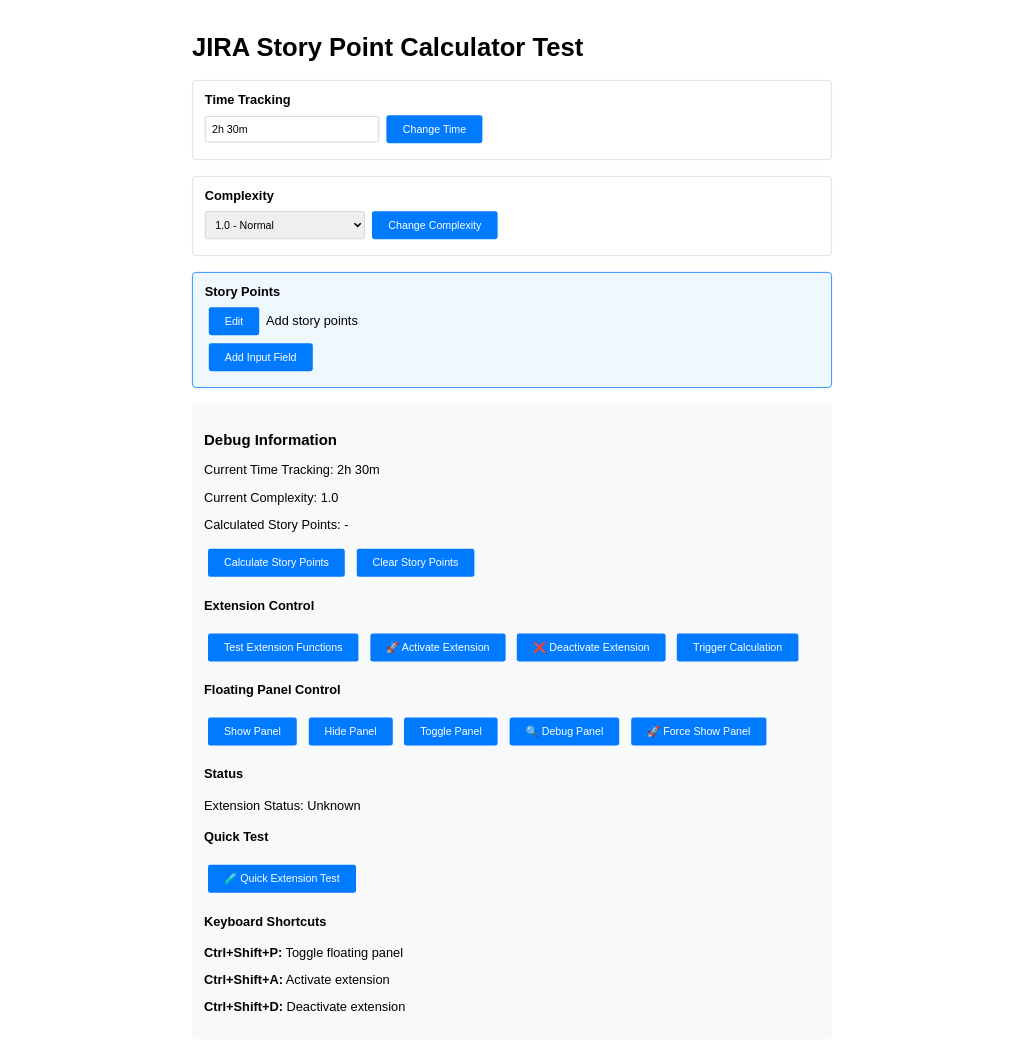
Repository: nirazanbasnet/jira-story-point-calculator
Page: test.html
These files come from the project's save history. The page is drawn as it stood at one moment and after the next save; the edit follows.
The browser window is 1280 px wide. The pictures show the whole page, at 80% of full size.

Above is the page before, as saved 2025-09-01 19:42:55.

After the next save:
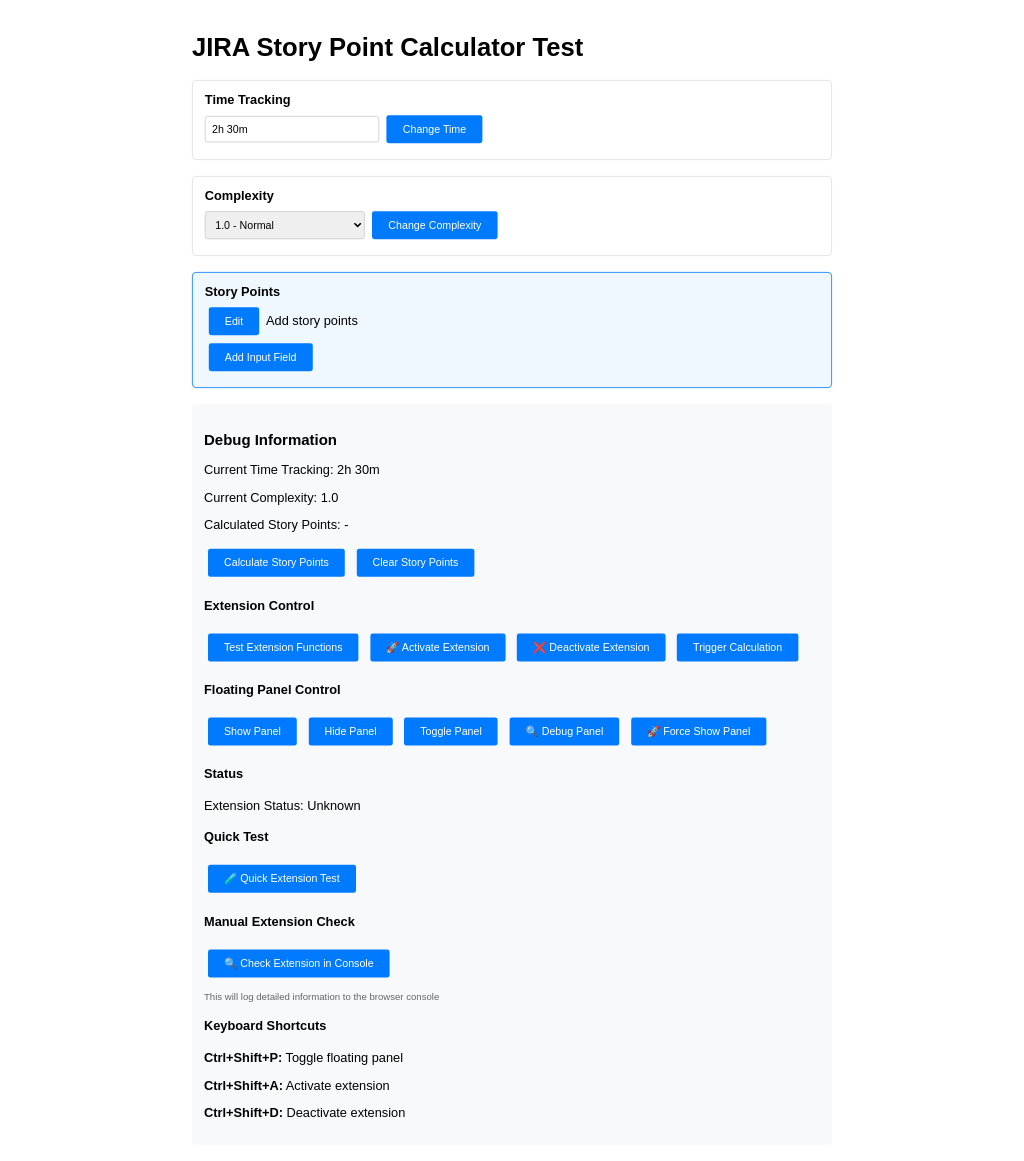
Saved 18 s later.
--- a/test.html
+++ b/test.html
@@ -123,11 +123,14 @@
 
         <h4>Quick Test</h4>
         <button onclick="quickTest()">🧪 Quick Extension Test</button>
-        <div id="quick-test-results"
-            style="margin-top: 10px; padding: 10px; background: #f8f9fa; border-radius: 5px; display: none;">
+        <div id="quick-test-results" style="margin-top: 10px; padding: 10px; background: #f8f9fa; border-radius: 5px; display: none;">
             <h5>Test Results:</h5>
             <div id="test-results-content"></div>
         </div>
+
+        <h4>Manual Extension Check</h4>
+        <button onclick="checkExtensionInConsole()">🔍 Check Extension in Console</button>
+        <p style="font-size: 12px; color: #666;">This will log detailed information to the browser console</p>
 
         <h4>Keyboard Shortcuts</h4>
         <p><strong>Ctrl+Shift+P:</strong> Toggle floating panel</p>
@@ -363,6 +366,20 @@
             results += '</ul>';
             contentDiv.innerHTML = results;
         }
+
+        function checkExtensionInConsole() {
+            console.log('Checking extension in console...');
+            if (window.jiraStoryPointCalculator) {
+                console.log('✅ Extension object found in window:', window.jiraStoryPointCalculator);
+                console.log('Extension properties:', Object.keys(window.jiraStoryPointCalculator));
+                console.log('Floating panel:', window.jiraStoryPointCalculator.floatingPanel);
+                if (window.jiraStoryPointCalculator.floatingPanel) {
+                    console.log('Floating panel properties:', Object.keys(window.jiraStoryPointCalculator.floatingPanel));
+                }
+            } else {
+                console.log('❌ Extension object not found in window.');
+            }
+        }
     </script>
 </body>
 

After the save that followed:
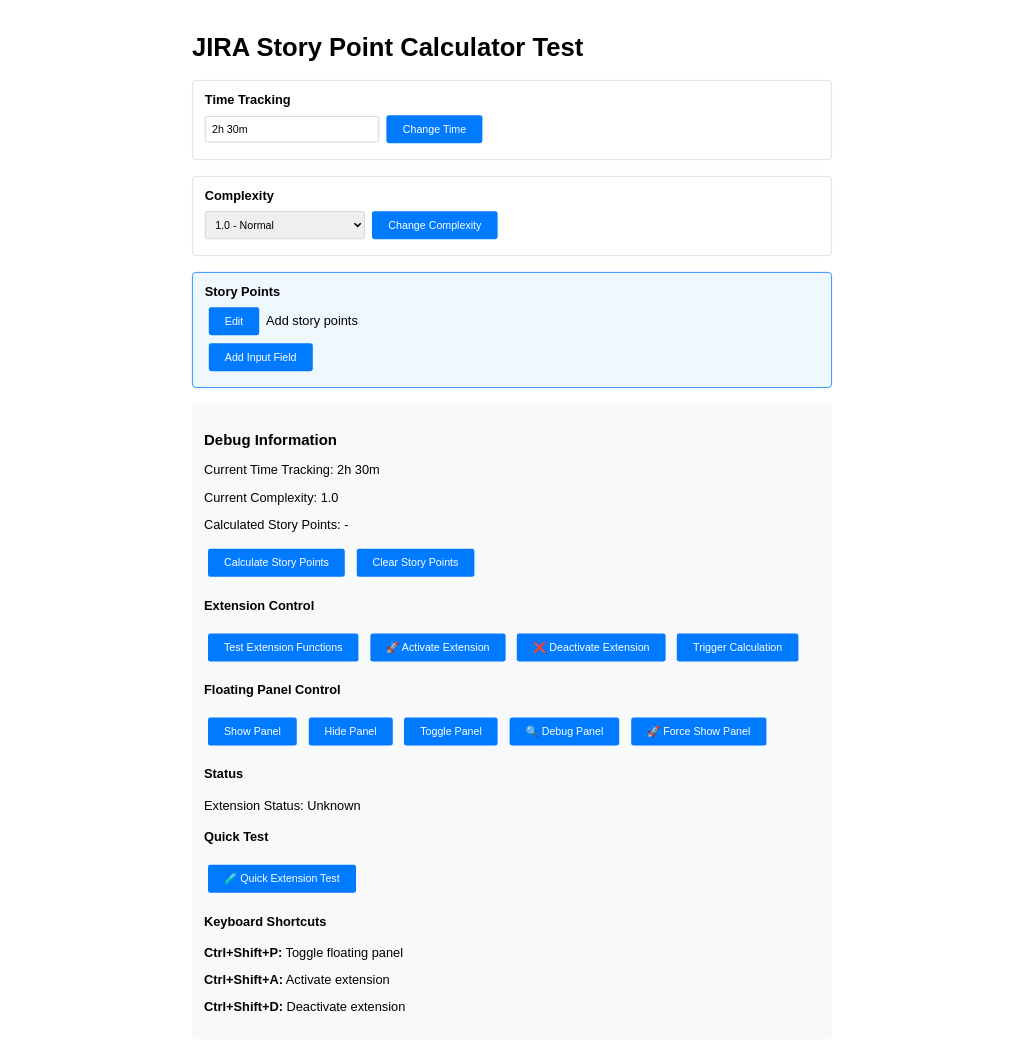
Saved 10 s later.
--- a/test.html
+++ b/test.html
@@ -123,14 +123,11 @@
 
         <h4>Quick Test</h4>
         <button onclick="quickTest()">🧪 Quick Extension Test</button>
-        <div id="quick-test-results" style="margin-top: 10px; padding: 10px; background: #f8f9fa; border-radius: 5px; display: none;">
+        <div id="quick-test-results"
+            style="margin-top: 10px; padding: 10px; background: #f8f9fa; border-radius: 5px; display: none;">
             <h5>Test Results:</h5>
             <div id="test-results-content"></div>
         </div>
-
-        <h4>Manual Extension Check</h4>
-        <button onclick="checkExtensionInConsole()">🔍 Check Extension in Console</button>
-        <p style="font-size: 12px; color: #666;">This will log detailed information to the browser console</p>
 
         <h4>Keyboard Shortcuts</h4>
         <p><strong>Ctrl+Shift+P:</strong> Toggle floating panel</p>
@@ -366,20 +363,6 @@
             results += '</ul>';
             contentDiv.innerHTML = results;
         }
-
-        function checkExtensionInConsole() {
-            console.log('Checking extension in console...');
-            if (window.jiraStoryPointCalculator) {
-                console.log('✅ Extension object found in window:', window.jiraStoryPointCalculator);
-                console.log('Extension properties:', Object.keys(window.jiraStoryPointCalculator));
-                console.log('Floating panel:', window.jiraStoryPointCalculator.floatingPanel);
-                if (window.jiraStoryPointCalculator.floatingPanel) {
-                    console.log('Floating panel properties:', Object.keys(window.jiraStoryPointCalculator.floatingPanel));
-                }
-            } else {
-                console.log('❌ Extension object not found in window.');
-            }
-        }
     </script>
 </body>
 
